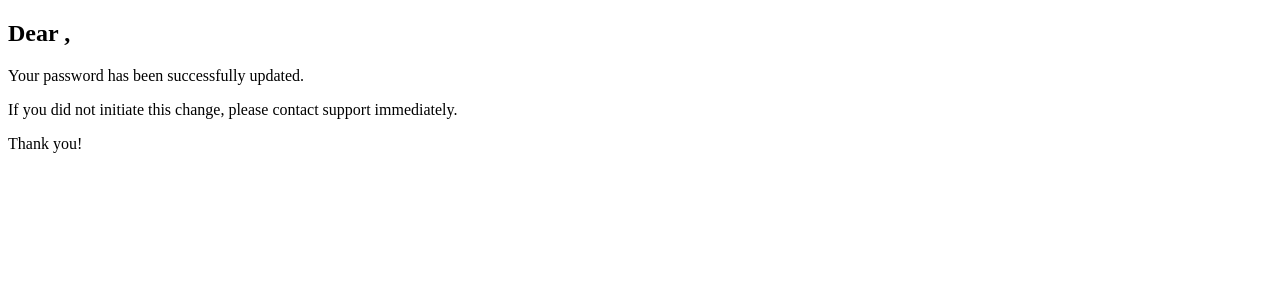
Repository: somasekharpulicherla/App_Ecommerce
Page: http://localhost/updatePasscodeTemplate
These files come from the project's save history. The page is drawn as it stood at one moment and after the next save; the edit follows.
The browser window is 1280 px wide. The pictures show the whole page.
The page is this project's Thymeleaf template; nobody is signed in. The template is opened directly, without the code that normally fills it, so the values that code supplies are empty.

Above is the page before, as saved 2024-06-17 10:21:49.

After the next save:
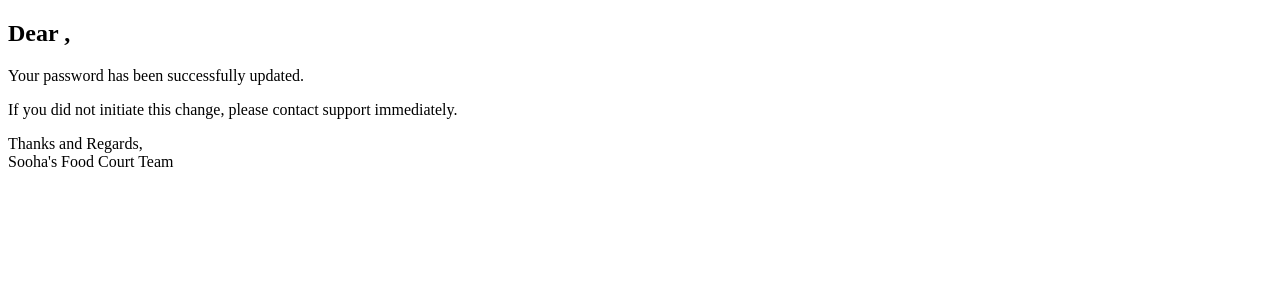
Saved 18 s later.
--- a/AppEcommerce/AppEcommerce/src/main/resources/templates/updatePasscodeTemplate.html
+++ b/AppEcommerce/AppEcommerce/src/main/resources/templates/updatePasscodeTemplate.html
@@ -8,6 +8,7 @@
     <h2>Dear  [[${name}]],</h2>
     <p>Your password has been successfully updated.</p>
     <p>If you did not initiate this change, please contact support immediately.</p>
-    <p>Thank you!</p>
+	<p>Thanks and Regards,<br>
+		   Sooha's Food Court Team</p>
 </body>
 </html>
